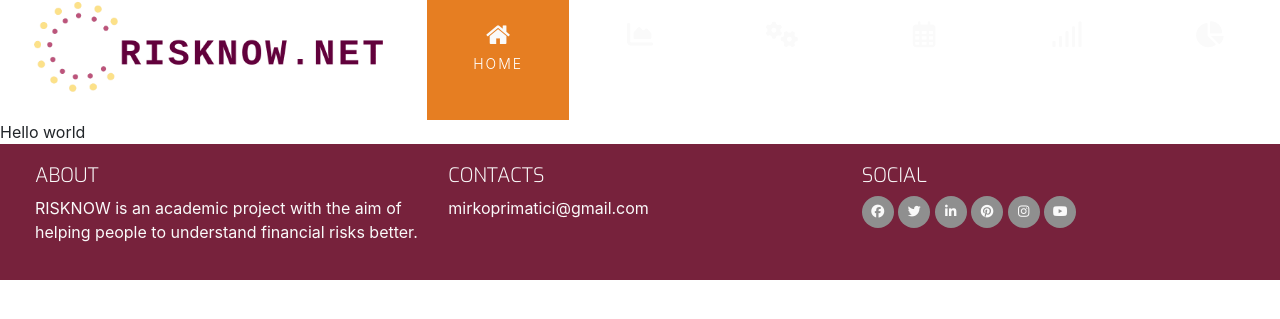
Repository: mirkoprimaticix/risknow.net
Page: index.html
The author's editor kept a record of every edit. The page is drawn from the files as they stood at one moment, then again after the next edit.
The browser window is 1280 px wide. The pictures show the whole page.
Some web libraries are served in a nearby version.

Above is the page before.
Console error: TypeError: Cannot read properties of undefined (reading 'fn')

After the next edit:
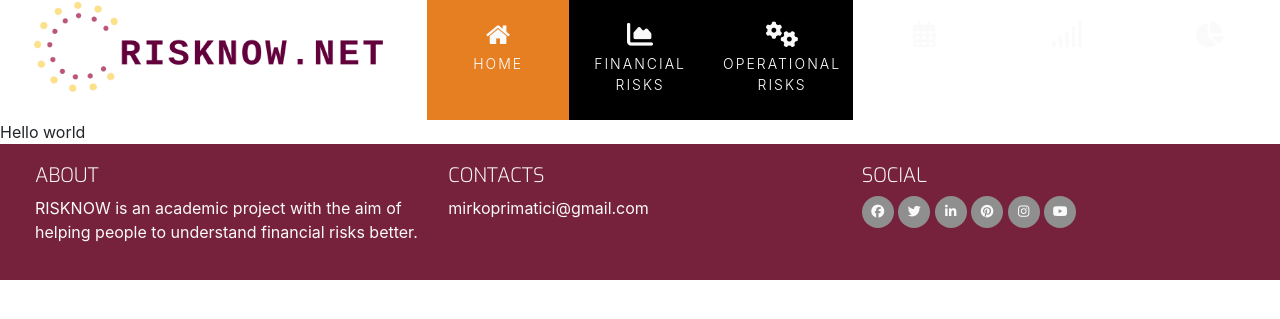
The edit:
--- a/assets/css/style.css
+++ b/assets/css/style.css
@@ -26,16 +26,12 @@
     background-color: #e67e22;
 }
 
-.ui-menu-color-resume {
-    background-color: #9b59b6;
-}
-
-.ui-menu-color-contact {
-    background-color: #3498db;
-}
-
-.ui-menu-color-download {
-    background-color: #525252;
+.ui-menu-color-fr {
+    background-color: black;
+}
+
+.ui-menu-color-or {
+    background-color: black;
 }
 
 .row-table {
